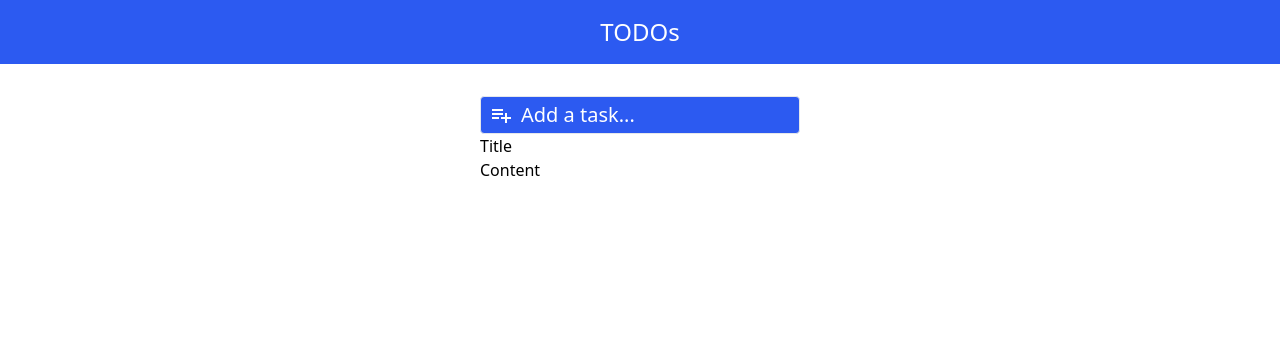
Repository: Jay-JYKim91/wanted-pre-onboarding-challenge-fe-1
Page: /
The author's editor kept a copy of each file at every save. The page is drawn from the files as they stood at one save, then again after the next save.
The browser window is 1280 px wide. The pictures show the whole page.
The page's requests for data from a server got no answer. The project was rebuilt for these pictures with package versions that can differ from the ones it lists, and the page was loaded fresh each time. No one was signed in, and anything a server would have sent is missing. Also part of the build but not shown: src/page/Auth.tsx.

Above is the page before, as saved 2022-08-01 22:46:55.

### src/index.tsx
import React from "react"
import ReactDOM from "react-dom/client"
import "./index.css"
import App from "./App"
import { BrowserRouter } from "react-router-dom"

const root = ReactDOM.createRoot(document.getElementById("root") as HTMLElement)
root.render(
  <React.StrictMode>
    <BrowserRouter>
      <App />
    </BrowserRouter>
  </React.StrictMode>
)

### src/App.tsx
import React, { useEffect, useState } from "react"
import { Route, Routes, useNavigate } from "react-router-dom"
import Auth from "./page/Auth"
import Main from "./page/Main"

// type UserToken = {
//   userToken: string | null
// }

function App() {
  const navigate = useNavigate()
  const userToken = window.localStorage.getItem("userToken")
  const [todos, setTodos] = useState([])

  useEffect(() => {
    if (userToken === "") {
      window.alert("Please login first.")
      navigate("/auth")
    } else {
      const headers = {
        Authorization: userToken,
      }
      fetch("http://localhost:8080/todos")
        .then((response) => response.json())
        .then((res) => {
          console.log(res)
        })
    }
  }, [])

  return (
    <div className="App">
      <header className="bg-primary-900 text-white text-center py-4 text-2xl">
        <span>TODOs</span>
      </header>
      <Routes>
        <Route path="/" element={<Main todos={todos} />} />
        <Route path="/auth" element={<Auth />} />
      </Routes>
    </div>
  )
}

export default App

### src/page/Main.tsx
import React, { useState } from "react"
import { MdPlaylistAdd } from "react-icons/md"

type Props = {
  todos: []
}

function Main<Props>({ todos }) {
  console.log(todos)
  const [titleInput, setTitleInput] = useState("")
  const [contentInput, setContentInput] = useState("")

  return (
    <div className="max-w-xs mx-auto my-8">
      <button
        type="button"
        className="flex items-center border rounded bg-primary-900 text-white px-2 py-1 w-full"
      >
        <MdPlaylistAdd className="mr-2 text-2xl" />
        <span className="text-xl">Add a task...</span>
      </button>
      <form>
        <div>
          <label htmlFor="titleInput">Title</label>
          <input
            type="text"
            id="titleInput"
            required
            onChange={(event) => setTitleInput(event.target.value)}
          />
        </div>
        <div>
          <label htmlFor="contentInput">Content</label>
          <input
            type="text"
            id="contentInput"
            onChange={(event) => setContentInput(event.target.value)}
          />
        </div>
      </form>
    </div>
  )
}

export default Main

### tailwind.config.js
/** @type {import('tailwindcss').Config} */
module.exports = {
  content: [
    "./src/**/*.{js,jsx,ts,tsx}",
  ],
  theme: {
    extend: {
      colors: {
        'primary': {
          100: '#47dfbc',
          500: '#428afe',
          900: '#2c5af1',
        }
      },
    },
  },
  plugins: [],
}

Loaded but not shown: public/index.html (common file); src/index.css (common file)

After the next save:
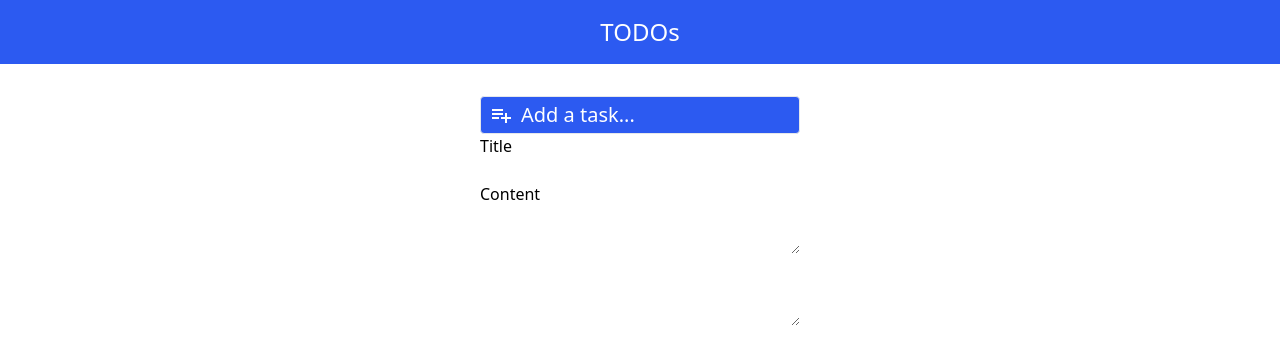
Saved 77 s later.
--- a/src/page/Main.tsx
+++ b/src/page/Main.tsx
@@ -20,7 +20,7 @@ function Main<Props>({ todos }) {
         <span className="text-xl">Add a task...</span>
       </button>
       <form>
-        <div>
+        <div className="flex flex-col">
           <label htmlFor="titleInput">Title</label>
           <input
             type="text"
@@ -29,13 +29,18 @@ function Main<Props>({ todos }) {
             onChange={(event) => setTitleInput(event.target.value)}
           />
         </div>
-        <div>
+        <div className="flex flex-col">
           <label htmlFor="contentInput">Content</label>
-          <input
-            type="text"
+          <textarea
             id="contentInput"
             onChange={(event) => setContentInput(event.target.value)}
           />
+          <textarea
+            name="contentInput"
+            id="contentInput"
+            cols="30"
+            rows="3"
+          ></textarea>
         </div>
       </form>
     </div>
